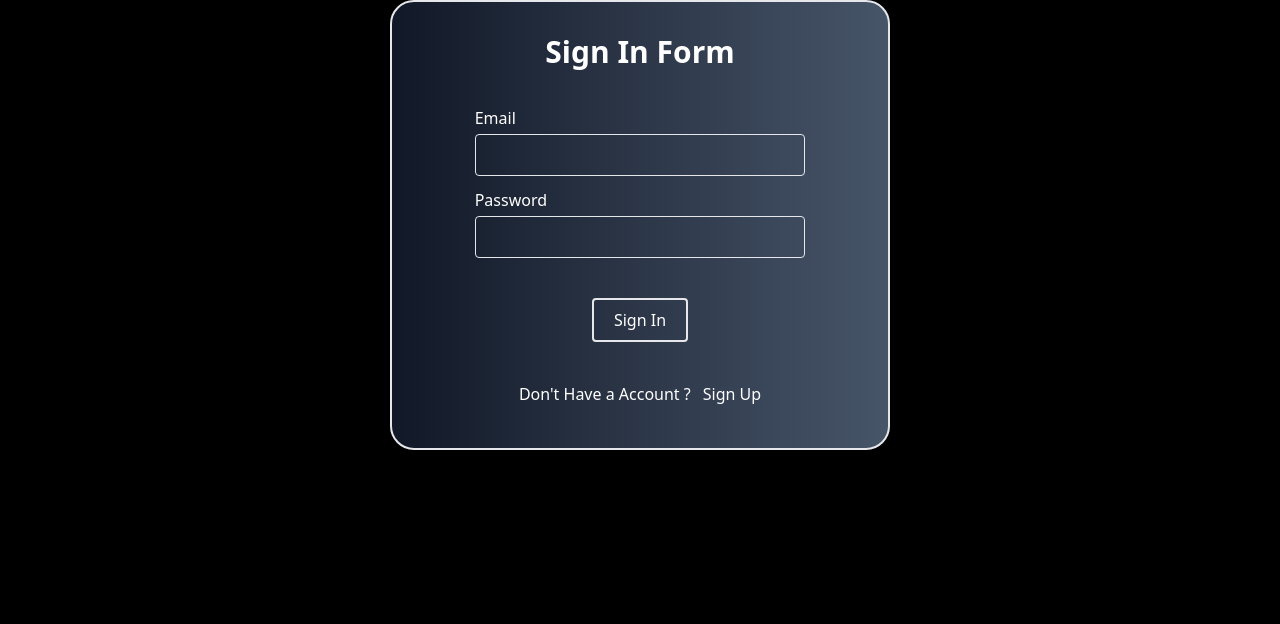
Repository: OmkarTidke8080/Assessment
Page: /sign-in (app in frontend/)
The author's editor kept a copy of each file at every save. The page is drawn from the files as they stood at one save, then again after the next save.
The browser window is 1280 px wide. The pictures show the whole page.
The project was rebuilt for these pictures with package versions that can differ from the ones it lists, and the page was loaded fresh each time. Also part of the build but not shown: frontend/vite.config.js, frontend/src/components/HomePage.jsx, frontend/src/components/SignUp.jsx.

Above is the page before, as saved 2024-10-19 22:26:35.

After the next save:
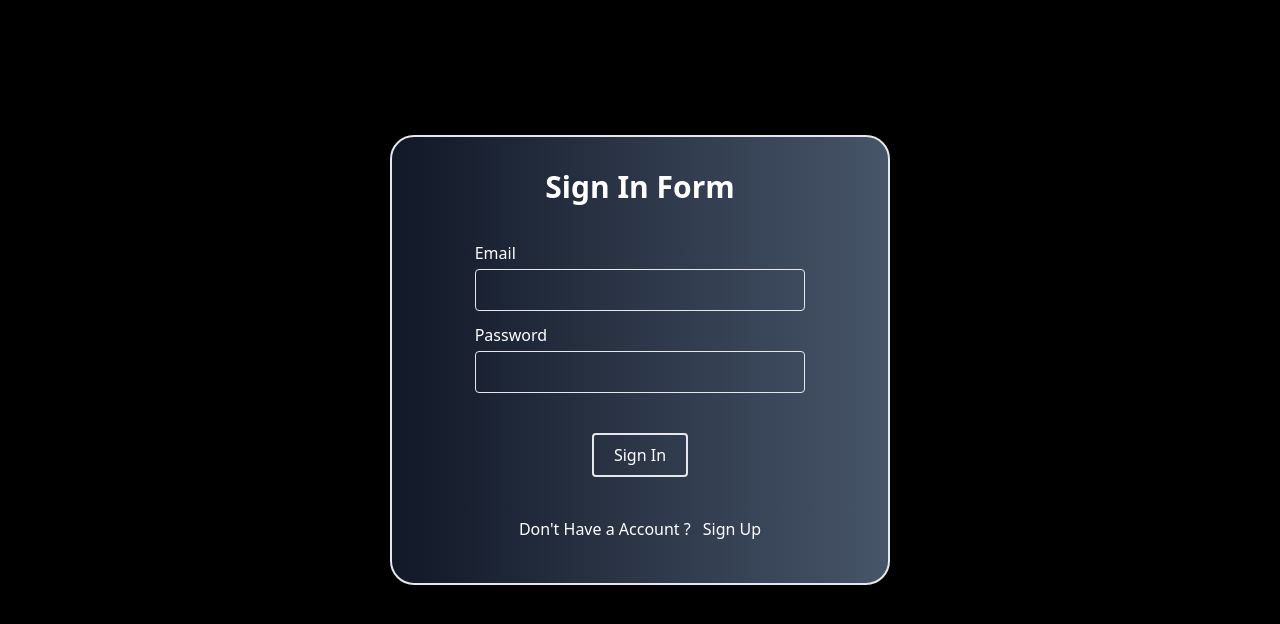
Saved 40 s later.
--- a/frontend/src/components/SignIn.jsx
+++ b/frontend/src/components/SignIn.jsx
@@ -2,7 +2,7 @@ import React from 'react'
 
 function SignIn() {
     return (
-      <div className="flex justify-center items-center">
+      <div className="flex justify-center items-center h-screen">
           <div className="form h-[450px] w-[500px] border-2 rounded-3xl text-white  bg-gradient-to-r from-gray-900 to-slate-600 ">
             <div className="form-heading text-center mt-8 mb-6">
               <h1 className="text-3xl font-bold text-white mb-2">
